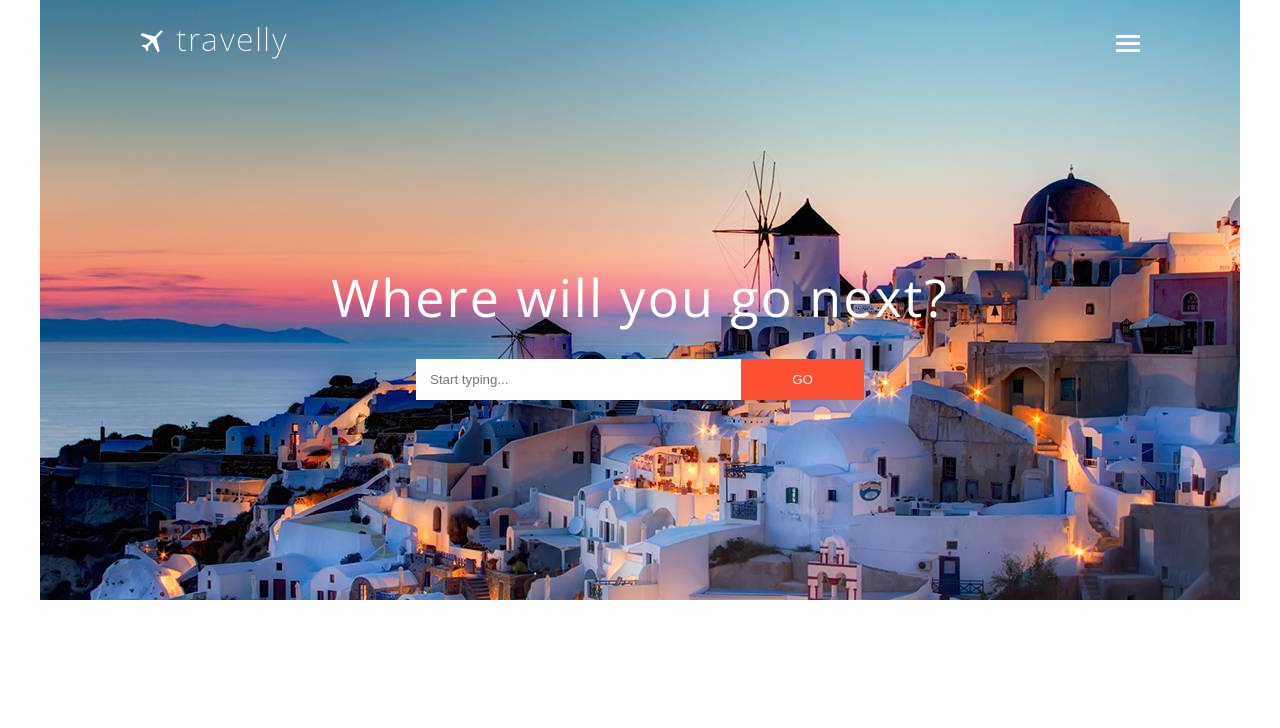
Repository: YusifHasanov/Web-Page-Template
Page: index.html
An editor plug-in stored every save of this project. The page is shown before and after a run of saves, followed by the edit.
The browser window is 1280 px wide. The pictures show the whole page.

Above is the page before, as saved 2021-12-05 21:05:24.

After the next 2 saves:
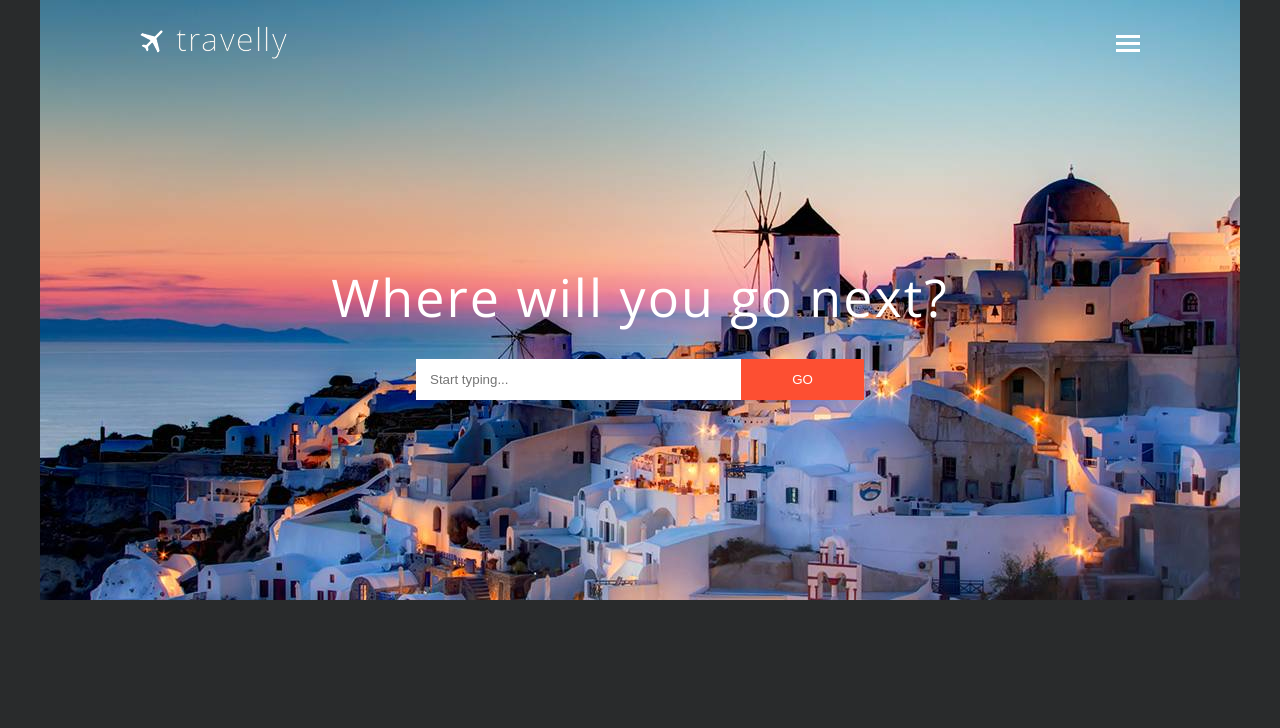
The 2 saves are shown as one change because they came seconds apart.
The last was saved 6 s later.
--- a/css/style.css
+++ b/css/style.css
@@ -8,10 +8,9 @@
   box-sizing: border-box;
 }
 
-
 body {
   min-height: 100vh;
-  background-color#292b2c;
+  background-color: #292b2c;
 }
 
 .d-flex {
